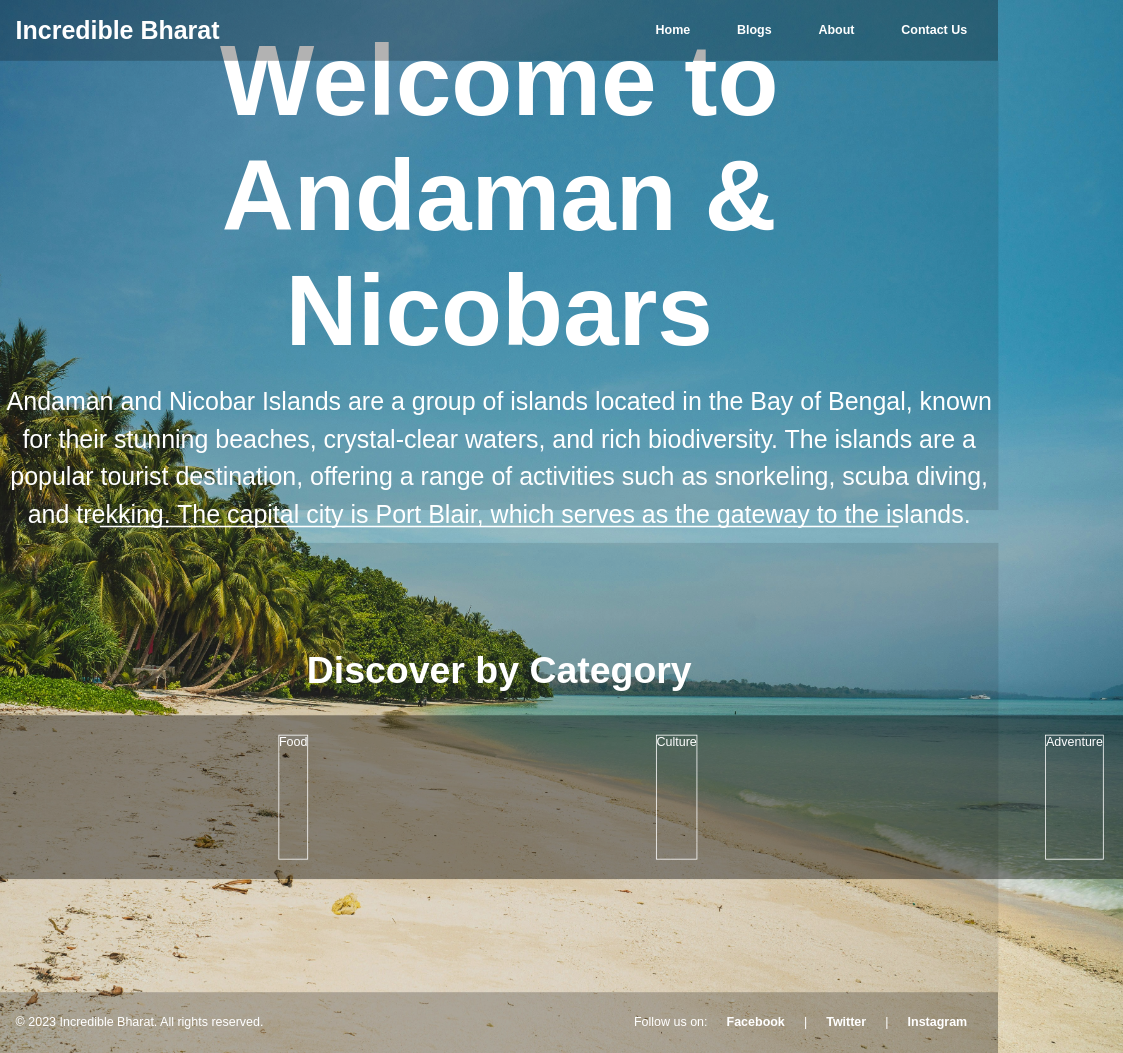
Repository: jaidhiman111/incrediblebharat
Page: destinations/Andaman&Nicobar.html
The author's editor kept a copy of each file at every save. The page is drawn from the files as they stood at one save, then again after the next save.
The browser window is 1280 px wide. The page is 1440 px wide, so the pictures cover 1440 px, including what lies to the right of the window. The pictures show the whole page, at 78% of full size.

Above is the page before, as saved 2025-04-30 23:29:59.

After the next save:
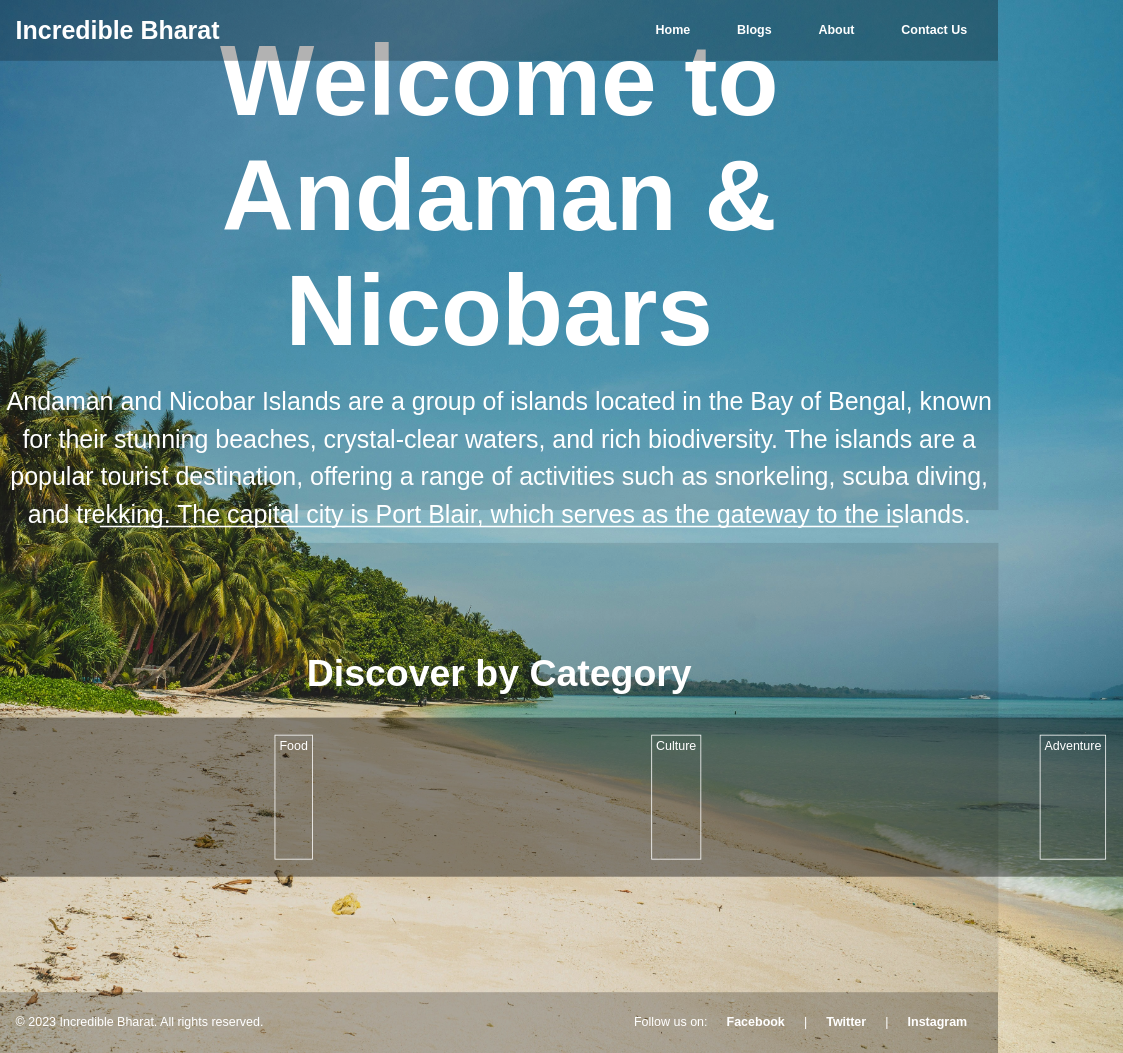
Saved 19 s later.
--- a/assets/style.css
+++ b/assets/style.css
@@ -159,7 +159,8 @@ hr {
 
 .card {
     height: 10rem;
-    margin: 5px;
+    margin: 2px;
+    padding: 5px;
     border: #fff solid 1px;
 }
   /* This is for footer */
